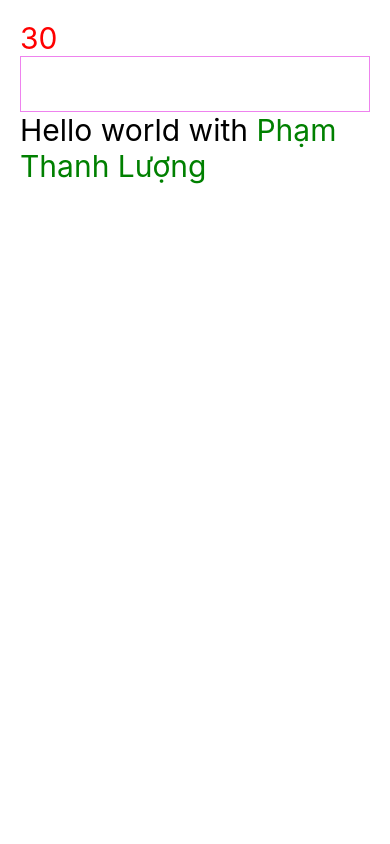
Repository: LuongPTCE181311/React-Native-Ultimate
Screen: /
These files come from the project's save history. The screen is drawn as it stood at one moment and after a run of saves; the edit follows.
The app was drawn by React Native's web renderer in a window 390 px wide. The project was rebuilt for these pictures with package versions that can differ from the ones it lists, and the page was loaded fresh each time. Some packages were replaced by stand-ins written for this rebuild.

Above is the screen before, as saved 2026-05-30 15:36:38.

After the next 2 saves:
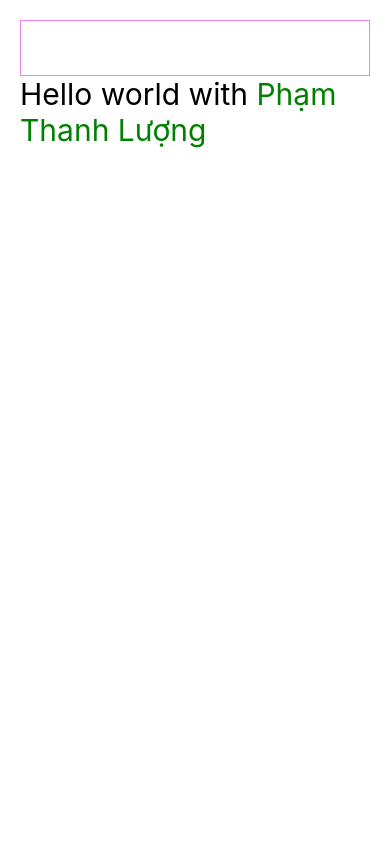
The 2 saves are shown as one change because they came seconds apart.
The last was saved 14 s later.
--- a/App.tsx
+++ b/App.tsx
@@ -20,8 +20,6 @@ export default function App() {
     <View style={styles.container}>
       <View>
         <Text style={styles.text} >{name}</Text>
-        <Text style={styles.text} >{age}</Text>
-        {/* <Text style={styles.text} >{JSON.stringify(person)}</Text> */}
         <TextInput
         keyboardType='ascii-capable'
         multiline={true}
